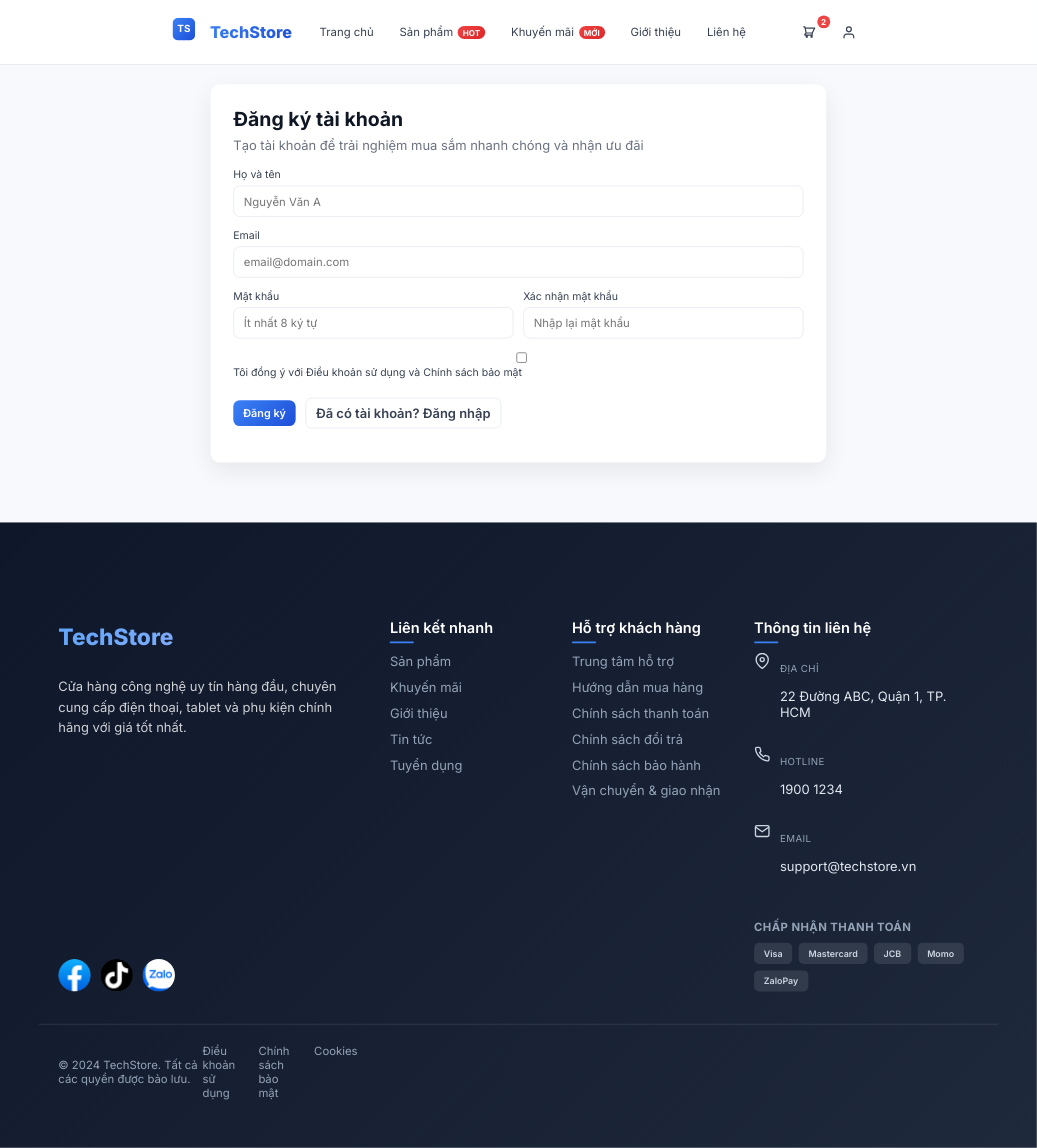
Repository: holyminhlu/DA_PTUDHDV
Page: /dangky
These files come from the project's save history. The page is drawn as it stood at one moment and after the next save; the edit follows.
The browser window is 1280 px wide. The pictures show the whole page, at 81% of full size.
The project was rebuilt for these pictures with package versions that can differ from the ones it lists, and the page was loaded fresh each time. Also part of the build but not shown: vue.config.js, src/components/HeroBanner.vue, src/components/ProductCard.vue, src/components/ProductGrid.vue, src/components/FeatureSection.vue, src/components/Newsletter.vue, src/views/HomeView.vue, src/views/KhuyenMai.vue and 6 more.

Above is the page before, as saved 2025-11-30 10:33:41.

After the next save:
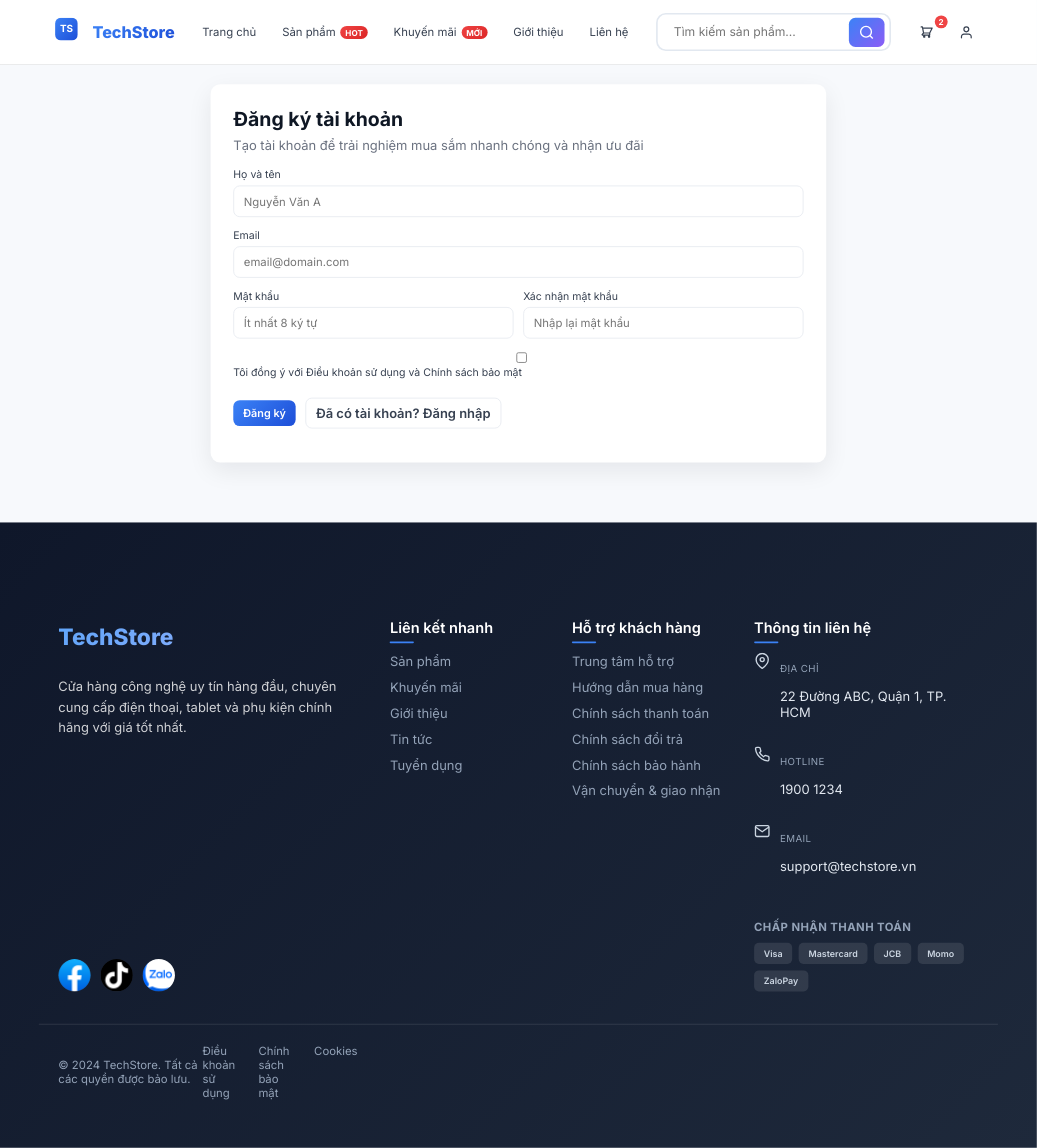
Saved 5 s later.
--- a/src/components/HeaderComponent.vue
+++ b/src/components/HeaderComponent.vue
@@ -200,8 +200,13 @@
 </template>
 
 <script>
+import SearchBar from './SearchBar.vue';
+
 export default {
   name: 'HeaderComponent',
+  components: {
+    SearchBar
+  },
   data() {
     return {
       isScrolled: false,
